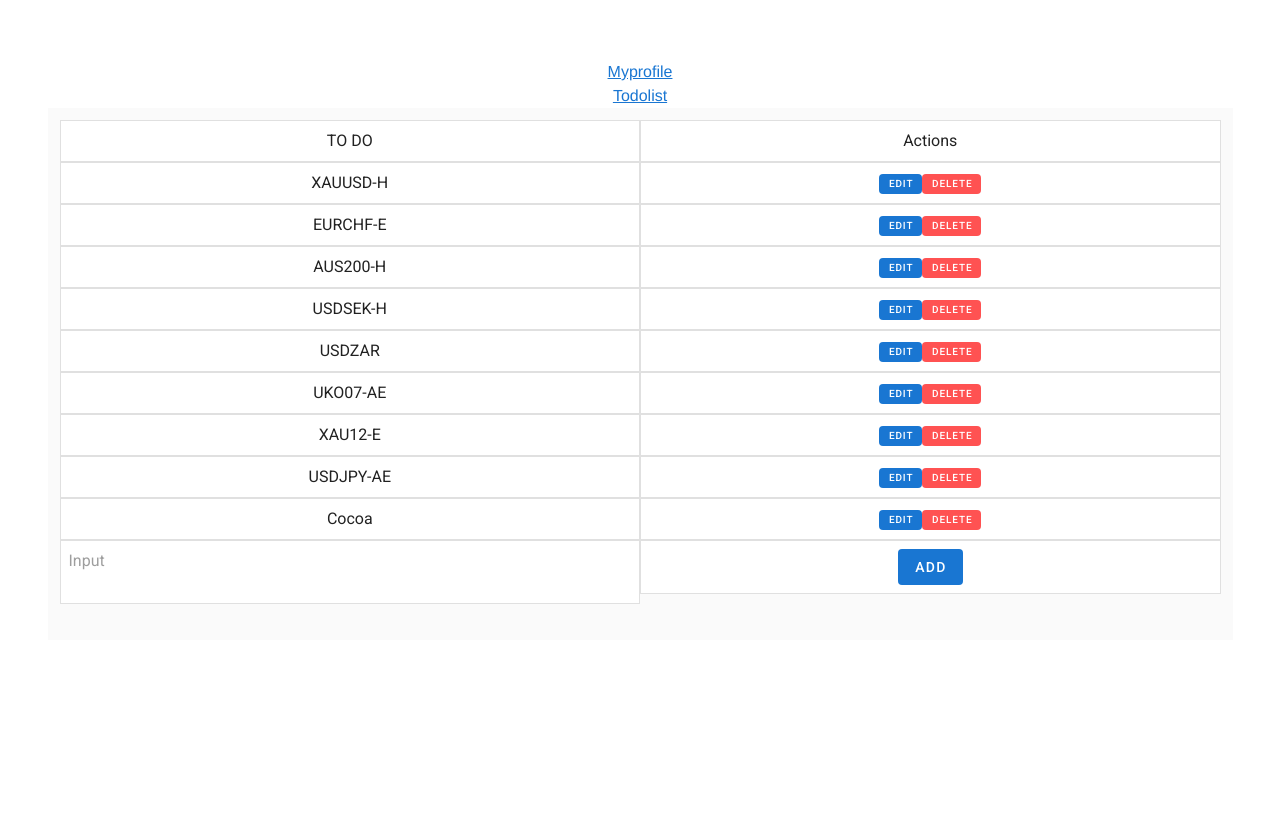
Repository: Shanshan67/todolist
Page: /#/todolist
The author's editor kept a copy of each file at every save. The page is drawn from the files as they stood at one save, then again after the next save.
The browser window is 1280 px wide. The pictures show the whole page.
The project was rebuilt for these pictures with package versions that can differ from the ones it lists, and the page was loaded fresh each time. Requests to the local data server were answered from the project's data file. Also part of the build but not shown: src/pages/Dashboard.vue, src/components/Search.vue, src/components/List.vue, src/pages/Myprofile.vue.

Above is the page before, as saved 2022-07-20 20:17:54.

After the next save:
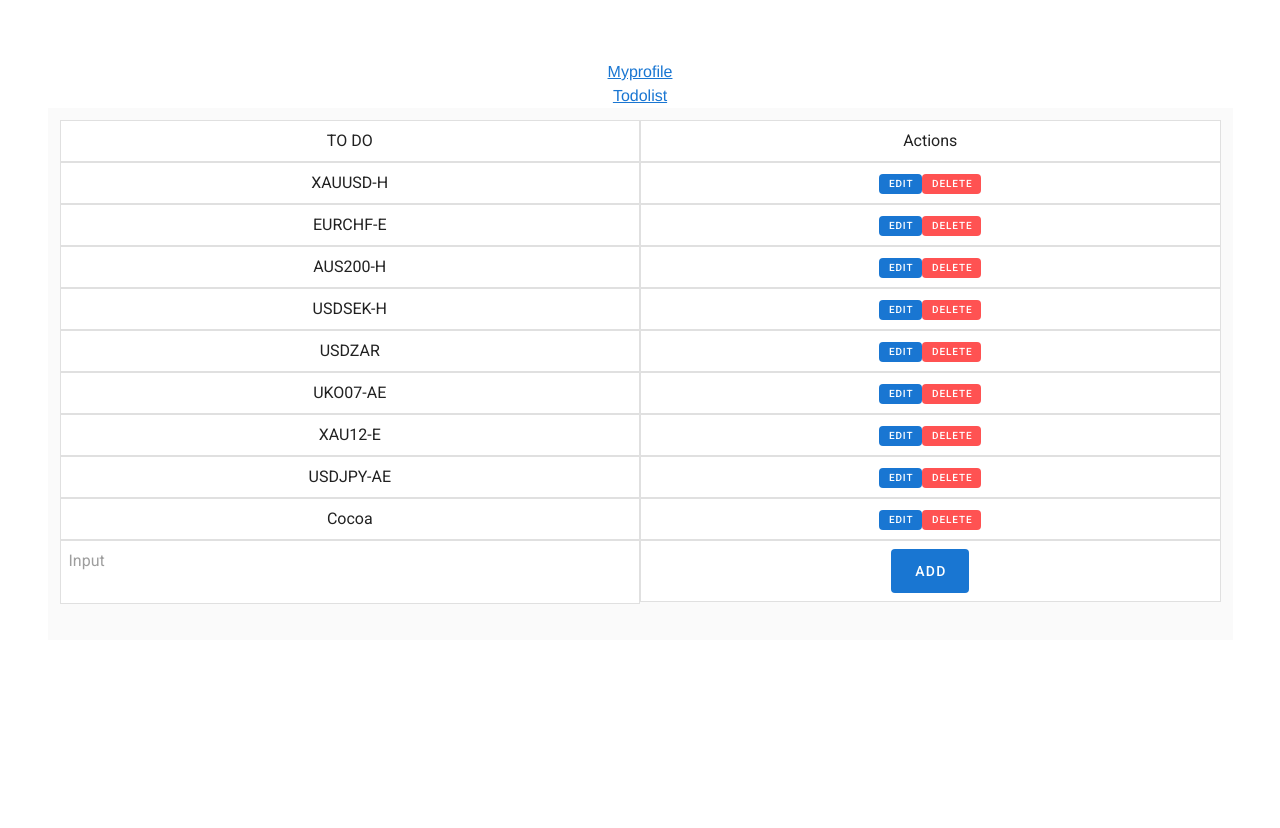
Saved 43 s later.
--- a/src/pages/Todolist.vue
+++ b/src/pages/Todolist.vue
@@ -35,11 +35,11 @@
 					</v-col>
         			<v-col sm="6" md="5" offset-md="2" lg="6" offset-lg="0">
           				<v-card class="pa-2" outlined tile>
-							<v-btn
+							<v-btn large
         						depressed
         						color="primary"
 								@click="handleToDoItem">{{ editMode ? "Edit" : "Add" }}</v-btn>
-							<v-btn
+							<v-btn large
 								v-if="editMode"
         						depressed
         						color="error"
